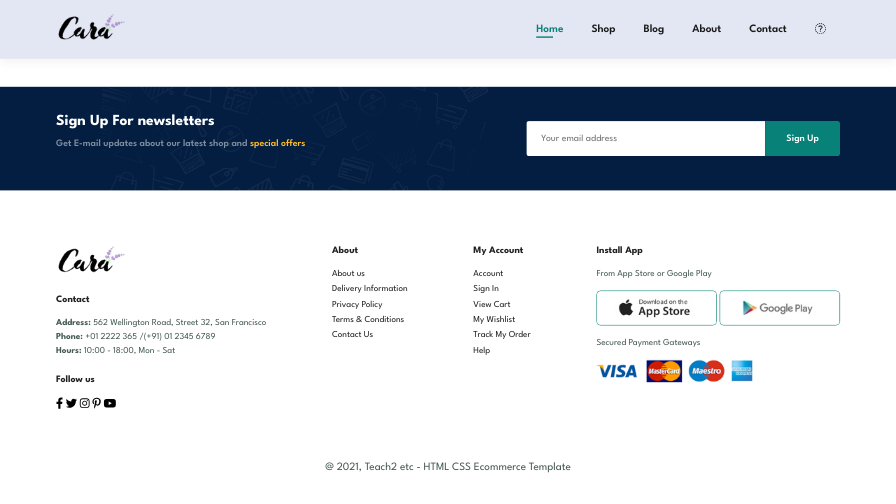
Repository: quy261001/cara
Page: sproduct.html
These files come from the project's save history. The page is drawn as it stood at one moment and after the next save; the edit follows.
The browser window is 1280 px wide. The pictures show the whole page, at 70% of full size.

Above is the page before, as saved 2022-05-03 14:30:45.

### sproduct.html
<!DOCTYPE html>
<html lang="en">
<head>
  <meta charset="UTF-8">
  <meta http-equiv="X-UA-Compatible" content="IE=edge">
  <meta name="viewport" content="width=device-width, initial-scale=1.0">
  <link rel="stylesheet" href="style.css">
  <title>Cara Shop</title>
</head>
<body>
  <section class="header">
    <a href="#"><img src="img/logo.png" class="logo" alt=""></a>

    <div>
      <ul class="navbar">
        <li><a class="active" href="index.html">Home</a></li>
        <li><a href="shop.html">Shop</a></li>
        <li><a href="blog.html">Blog</a></li>
        <li><a href="about.html">About</a></li>
        <li><a href="contact.html">Contact</a></li>
        <li class="lg-bag"><a href="cart.html"><i class="far fa-shopping-bag"></i></a></li>
        <a href="#" class="close"><i class="far fa-times"></i></a>
      </ul>
    </div>
    <div class="mobile">
      <a href="cart.html"><i class="menu far fa-shopping-bag"></i></a>
      <div class="bar">
        <i class=" fas fa-outdent"></i>
      </div>
    </div>
  </section>

  <section class="prodetails"></section>

  <section class="newsletter section-p1 section-m1">
      <div class="newstext">
          <h4>Sign Up For newsletters</h4>
          <p>Get E-mail updates about our latest shop and <span>special offers</span></p>
      </div>
      <div class="form">
        <input type="text" placeholder="Your email address">
        <button class="normal">Sign Up </button>
      </div>
  </section>

  <footer class="section-p1">
    <div class="col">
      <img class="logo" src="img/logo.png" alt="">
      <h4>Contact</h4>
      <p><strong>Address: </strong>562 Wellington Road, Street 32, San Francisco</p>
      <p><strong>Phone: </strong>+01 2222 365 /(+91) 01 2345 6789</p>
      <p><strong>Hours: </strong>10:00 - 18:00, Mon - Sat</p>
      <div class="follow">
        <h4>Follow us</h4>
        <div class="icon">
          <i class="fab fa-facebook-f"></i>
          <i class="fab fa-twitter"></i>
          <i class="fab fa-instagram"></i>
          <i class="fab fa-pinterest-p"></i>
          <i class="fab fa-youtube"></i>
        </div>
      </div>
    </div>

    <div class="col">
      <h4>About</h4>
      <a href="#">About us</a>
      <a href="#">Delivery Information</a>
      <a href="#">Privacy Policy</a>
      <a href="#">Terms & Conditions</a>
      <a href="#">Contact Us</a>
    </div>

    <div class="col">
      <h4>My Account</h4>
      <a href="#">Account</a>
      <a href="#">Sign In</a>
      <a href="#">View Cart</a>
      <a href="#">My Wishlist</a>
      <a href="#">Track My Order</a>
      <a href="#">Help</a>
    </div>

    <div class="col install">
      <h4>Install App</h4>
      <p>From App Store or Google Play</p>
      <div class="row">
        <img src="img/pay/app.jpg" alt="">
        <img src="img/pay/play.jpg" alt="">
      </div>
      <p>Secured Payment Gateways</p>
      <img src="img/pay/pay.png" alt="">
    </div>
  </footer>
  <section>
    <div class="copyright">
      <p>@ 2021, Teach2 etc - HTML CSS Ecommerce Template</p>
    </div>
  </section>
  <script src="script.js"></script>
  <script defer src="https://pro.fontawesome.com/releases/v5.15.4/js/all.js"></script>
</body>
</html>

### style.css
@import url('https://fonts.googleapis.com/css2?family=League+Spartan:wght@100;200;300;400;500;600;700;800;900&display=swap');
* {
  margin: 0;
  padding: 0;
  box-sizing: border-box;
  font-family: 'League Spartan', sans-serif;
}
h1 {
  font-size: 50px;
  line-height: 64px;
  color: #222;
}
h2 {
  font-size: 46px;
  line-height: 53px;
  color: #222;
}
h4 {
  font-size: 20px;
  color: #222;
}
h6 {
  font-weight: 700;
  font-size: 12px;
}
p {
  font-size: 16px;
  color: #465b52;
  margin: 15px 0 20px 0;
}
.section-p1 {
  padding: 40px 80px;
}
.section-m1 {
  margin: 40px 0;
}
button.normal {
  font-size: 14px;
  font-weight: 600;
  padding: 15px 30px;
  color: #000;
  background-color: #fff;
  border-radius: 4px;
  cursor: pointer;
  border: none;
  outline: none;
  transition: 0.2s;
}
button.while {
  font-size: 13px;
  font-weight: 600;
  padding: 11px 22px;
  color: #000;
  background-color: transparent;
  cursor: pointer;
  border: 1px solid #fff;
  outline: none;
  transition: 0.2s;
}
body {
  width: 100%;
}

/* Header-start */
.header {
  display: flex;
  justify-content: space-between;
  align-items: center;
  padding: 20px 80px;
  background-color: #E3E6F3;
  box-shadow: 0 5px 15px rgba(0, 0, 0, 0.06);
  z-index: 999;
  position: sticky;
  top: 0;
  left: 0;
}

.navbar {
  display: flex;
  align-items: center;
  justify-content: center;
}

.navbar li {
  list-style: none;
  padding: 0 20px;
  position: relative;
}

.navbar li a {
  text-decoration: none;
  font-size:16px;
  font-weight: 600;
  color: #1a1a1a;
  transition: 0.3s ease;
}

.navbar li a:hover,
.navbar li a.active {
  color: #088178;
}

.navbar li a.active::after,
.navbar li a:hover::after {
  content: "";
  width: 30%;
  height: 2px;
  background-color: #088178;
  position: absolute;
  bottom: -4px;
  left: 20px;
}
.mobile {
  display: none;
  align-items: center;
}
.close {
  display: none;
}
/* Home page */
.hero {
  background-image: url("img/hero4.png");
  height: 90vh;
  width: 100%;
  background-position: top 25% right 0;
  background-size: cover;
  display: flex;
  justify-content: center;
  align-items: flex-start;
  flex-direction: column;
  padding: 0 80px;
}

.hero h4 {
  padding-bottom: 15px;
}

.hero h1 {
  color: #088178;
}

.hero button {
  background-image: url("img/button.png");
  background-color: transparent;
  color: #088178;
  border: 0;
  padding: 14px 80px 14px 80px;
  background-repeat: no-repeat;
  cursor: pointer;
  font-weight: 700;
}

.feature {
  display: flex;
  align-items: center;
  justify-content: space-between;
  flex-wrap: wrap;
}

.feature .fe-box {
   width: 180px;
   text-align: center;
   padding: 25px 15px;
   box-shadow: 20px 20px 34px rgba(0, 0, 0, 0.03);
   border: 1px solid #cce7d0;
   border-radius: 4px;
   margin: 15px 0;
}

.feature .fe-box:hover {
  box-shadow: 10px 10px 54px rgba(70, 62, 221, 0.1);
}
.feature .fe-box img {
  width: 100%;
  margin-bottom: 10px;
}
.feature .fe-box h6 {
  display: inline-block;
  padding: 9px 8px 6px 8px;
  line-height: 1;
  border-radius: 4px;
  color: #088178;
  background-color: #fddde4;
}
.feature .fe-box:nth-child(2) h6 {
  background-color: #cdebbc;
}
.feature .fe-box:nth-child(3) h6 {
  background-color: #d1e8f2;
}
.feature .fe-box:nth-child(4) h6 {
  background-color: #cdd4f8;
}
.feature .fe-box:nth-child(5) h6 {
  background-color: #f6dbf6;
}
.feature .fe-box:nth-child(6) h6 {
  background-color: #fff2e5;
}

.product1 {
  text-align: center;
}
.product1 .pro-container {
  display: flex;
  justify-content: space-between;
  flex-wrap: wrap;
  padding-top: 20px;
}
.product1 .pro {
  position: relative;
  width: 23%;
  min-width: 250px;
  padding: 10px 12px;
  border: 1px solid #cce70d;
  border-radius: 25px;
  cursor: pointer;
  box-shadow: 20px 20px 30px rgba(0, 0, 0, 0.02);
  margin: 15px 0;
  transition: 0.2s ease;
}
.product1 .pro:hover {
  box-shadow: 20px 20px 30px rgba(0, 0, 0, 0.06);
}
.product1 .pro img {
  width: 100%;
  border-radius: 20px;
}
.product1 .pro .des {
  text-align: start;
  padding: 10px 0;
}
.product1 .pro .des span {
  color: #606063;
  font-size: 12px;
}
.product1 .pro .des h5 {
  padding-top: 7px;
  color: #1a1a1a;
  font-size: 14px;
}
.star {
  font-size: 12px;
  color: rgb(243, 181, 25);
}
.product1 .pro .des h4 {
  padding-top: 7px;
  font-size: 15px;
  font-weight: 700;
  color: #088178;
}
.product1 .pro .cart {
  width: 40px;
  height: 40px;
  line-height: 40px;
  border-radius: 50px;
  background-color: #e8f6ea;
  font-weight: 500;
  color: #088178;
  border: 1px solid #cce7d0;
  padding: 10px;
  position: absolute;
  bottom: 20px;
  right: 10px;
}

.banner {
  display: flex;
  flex-direction: column;
  justify-content: center;
  align-items: center;
  background-image: url("img/banner/b2.jpg");
  width: 100%;
  height: 40vh;
  background-size: cover;
  background-position: center;
}
.banner h4 {
  color: #fff;
  font-size: 16px;
}
.banner h2 {
  color: #fff;
  font-size: 30px;
  padding: 10px 0;
}
.banner h2 span {
  color: #ef3636;
}
.banner button:hover {
  background: #088178;
  color: #fff;
}

.sm-banner {
  display: flex;
  justify-content: space-between;
  flex-wrap: wrap;
}

.sm-banner .banner-box {
  display: flex;
  flex-direction: column;
  justify-content: center;
  align-items: flex-start;
  text-align: center;
  background-image: url("img/banner/b17.jpg");
  min-width: 49%;
  height: 50vh;
  background-size: cover;
  background-position: center;
  padding: 30px;
}
.sm-banner .banner-box2 {
  background-image: url("img/banner/b10.jpg");
}
.sm-banner h4 {
  color: #fff;
  font-size: 30px;
  font-weight: 300;
}
.sm-banner h2 {
  color: #fff;
  font-size: 38px;
  font-weight: 800;
}
.sm-banner span {
  color: #fff;
  font-size: 24px;
  font-weight: 500;
  margin-bottom: 15px;
}
.sm-banner .banner-box:hover button {
  background-color: #088178;
  border: 1px solid #088178;
}

.banner3 {
  display: flex;
  justify-content: space-between;
  flex-wrap: wrap;
}

.banner3 .banner-box {
  display: flex;
  flex-direction: column;
  justify-content: center;
  align-items: flex-start;
  text-align: center;
  background-image: url("img/banner/b7.jpg");
  min-width: 30%;
  height: 30vh;
  background-size: cover;
  background-position: center;
  padding: 20px;
  margin-bottom: 20px;
}

.banner3 .banner-box2 {
  background-image: url("img/banner/b4.jpg");
}

.banner3 .banner-box3 {
  background-image: url("img/banner/b18.jpg");
}

.banner3 h2 {
  color: #fff;
  font-weight: 900;
  font-size: 22px;
}

.banner3 h3 {
  color: #ec544e;
  font-weight: 800;
  font-size: 15px;
}

.newsletter {
  display: flex;
  justify-content: space-between;
  flex-wrap: wrap;
  align-items: center;
  background-image: url("img/banner/b14.png");
  background-repeat: no-repeat;
  background-position: 20% 30%;
  background-color: #041e42;
}
.newsletter h4 {
  font-size: 22px;
  font-weight: 700;
  color: #fff;
}
.newsletter p {
  font-size: 14px;
  font-weight: 600;
  color: #818ea0;
}
.newsletter p span {
  color: #ffbd27;
}

.newsletter .form {
  display: flex;
  width: 40%;
}

.newsletter input {
  height: 3.125rem;
  width: 24.125rem;
  padding: 0 1.25rem;
  font-size: 14px;
  border: 1px solid transparent;
  border-radius: 4px;
  outline: none;
  border-top-right-radius: 0;
  border-bottom-right-radius: 0;
}
.newsletter button {
  background-color: #088178;
  color: #fff;
  white-space: nowrap;
  padding:18px 30px;
  border-top-left-radius: 0;
  border-bottom-left-radius: 0;
}

footer {
  display: flex;
  flex-wrap: wrap;
  justify-content: space-between;
}
footer .col {
  display: flex;
  flex-direction: column;
  align-items: flex-start;
  margin-bottom: 20px;
}
footer .logo {
    margin-bottom: 30px;
}
footer h4 {
  font-size: 14px;
  margin-bottom: 20px;
}
footer p {
  font-size: 13px;
  margin: 0 0 8px 0;
}
footer a  {
  font-size: 13px;
  text-decoration: none;
  color: #222;
  margin-bottom: 10px;
}
footer .follow {
  margin-top: 20px;
}
footer .follow i {
  color: #456b52;
  padding-right: 4px;
  cursor: pointer;
}
footer .install .row img {
  border: 1px solid #088178;
  border-radius: 6px;
}
footer .install img {
  margin: 10px 0 15px 0;
}
footer .folow i:hover,
footer a:hover {
  color: #088178;
}
.copyright {
  width: 100%;
  text-align: center;
}

/* Shop page */
.page-header {
  background-image: url("img/banner/b1.jpg");
  height: 100%;
  height: 40vh;
  background-size: cover;
  display: flex;
  justify-content: center;
  align-items: center;
  flex-direction: column;
  padding: 14px;
}
.page-header h2,
.page-header p {
  color: #fff;

}
.pagination {
  text-align: center;
}
.pagination a {
  text-decoration: none;
  background-color: #088178;
  padding: 15px 20px;
  border-radius: 4px;
  color: #fff;
  font-weight: 600;
}
.pagination .next {
  font-size: 16px;
}


/* Start Media Query */

@media (max-width: 799px) {
  /* .section-p1 {
    padding: 40px 40px;
  } */
  .navbar {
    display: flex;
    flex-direction: column;
    align-items: flex-start;
    justify-content: flex-start;
    position: fixed;
    top: 0;
    right: -300px;
    height: 100vh;
    width: 300px;
    background-color: #E3E6F3;
    box-shadow: 0 40px 60px rgba(0, 0, 0, 0.1);
    padding: 80px 0 0 10px;
    transition: 0.3s;
  }
    .active {
    right: 0px;
  }
  .navbar li {
    margin-bottom: 25px;
  }
  .mobile {
    display: flex;
    align-items: center;
  }
  .mobile .menu {
    /* display: none; */
    color: #1a1a1a;
    font-size: 20px;
    margin-right: 20px;
  }
  .mobile .bar {
    color: #1a1a1a;
    font-size: 20px;
    padding-left: 10px;
  }
  .close {
    display: block;
    position: absolute;
    top: 30px;
    left: 30px;
    color: #222;
    font-size: 24px;
  }
  .lg-bag {
    display: none;
  }
  .hero {
    height: 70vh;
    padding: 0 80px;
    background-position: top 30% right 30%;
  }
  /* .feature {
    justify-content: center;
  }
  .feature .fe-box {
    margin: 15px 15px;
  } */
  .banner {
    height: 20vh;
  }
  .sm-banner .banner-box {
    min-width: 100%;
    height: 30vh;

  }
  .banner3 {
    padding: 0 40px;
  }
  .banner3 .banner-box {
    width: 28%;
  }
  .newsletter .form{
    width: 70%;
  }
}

@media (max-width: 477px) {
  .section-p1 {
    padding: 20px;
  }
  .header {
    padding: 10px 30px;
  }
  h1 {
    font-size: 38px;
  }
  h2 {
    font-size: 32px;
  }
  .hero {
    padding: 0 20px;
    background-position: 55%;
  }
  .feature .fe-box {
    width: 155px;
    margin: 0 0 15px 0;
  }
  .product1 .pro {
    width: 100%;
  }
  .banner {
    height: 40vh;
  }
  .banner h2 {
    text-align: center;
  }
  .sm-banner .banner-box {
    height: 40vh;
  }
  .sm-banner .banner-box2 {
    margin-top: 20px;
  }
  .banner3 {
    padding: 0 20px;
  }
  .banner3 .banner-box {
    width: 100%;
  }
  .newsletter {
    padding: 40px 20px;
  }
  .newsletter .form {
    width: 100%;
  }
  .navbar {
    width: 240px;
  }
}

### script.js
const bar = document.querySelector(".bar");
const nav = document.querySelector(".navbar");
const close = document.querySelector(".close");
console.log(bar)
console.log(nav)
if(bar) {
  bar.addEventListener("click", () => {
    nav.classList.add("active");
  })
}
if(close) {
  close.addEventListener("click", () => {
    nav.classList.remove("active");
  })
}

// document.addEventListener("click", (e) => {
//   console.log(e.target)
//   if (!nav.contains(e.target)  && !e.target.matches(".bar")){
//     nav.classList.remove("active");
//   }

// })

After the next save:
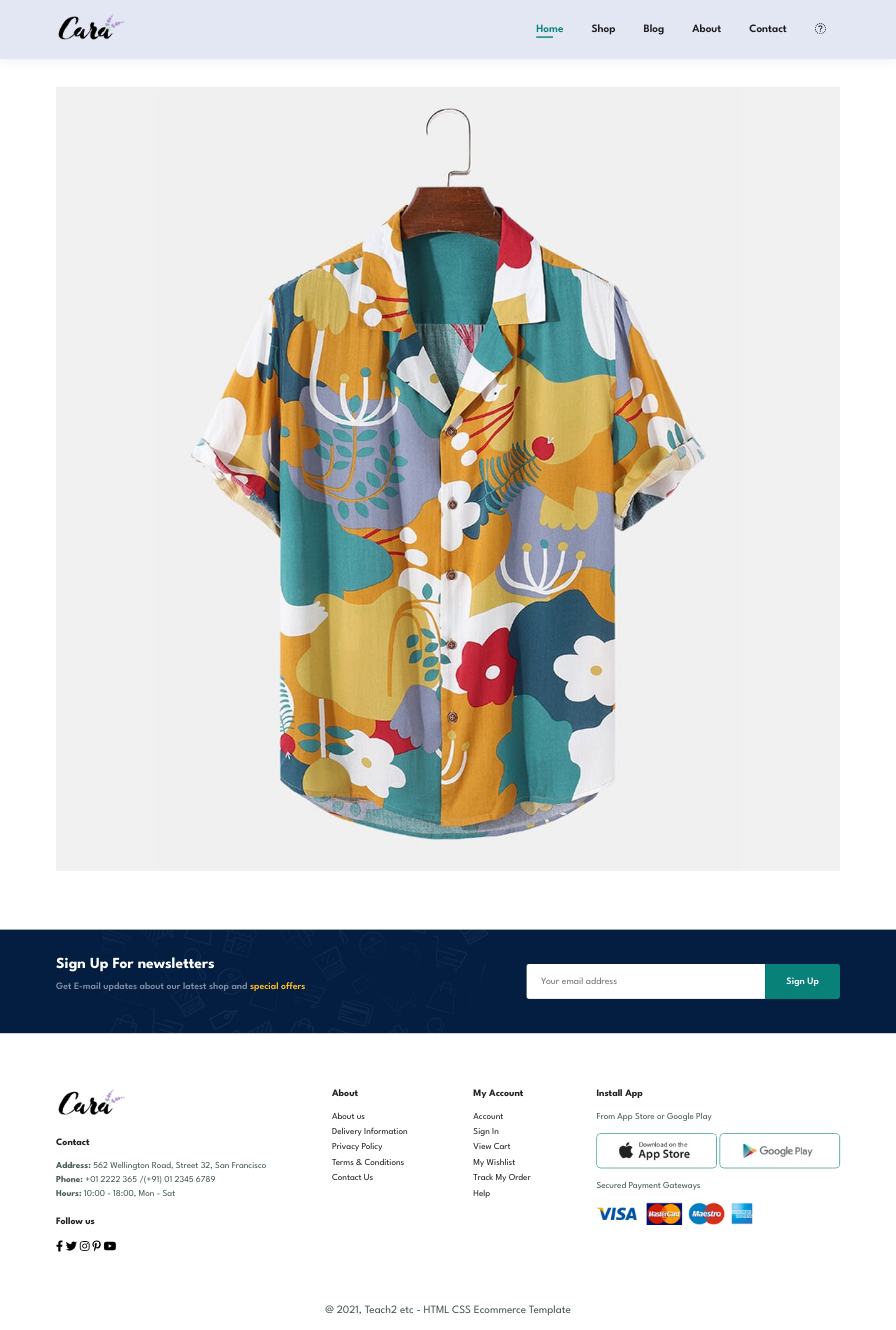
Saved 115 s later.
--- a/sproduct.html
+++ b/sproduct.html
@@ -30,7 +30,11 @@
     </div>
   </section>
 
-  <section class="prodetails"></section>
+  <section class="prodetails section-p1">
+    <div class="single-pro-image">
+      <img src="img/product/f1.jpg" class="main" width = "100%" alt="">
+    </div>
+  </section>
 
   <section class="newsletter section-p1 section-m1">
       <div class="newstext">
